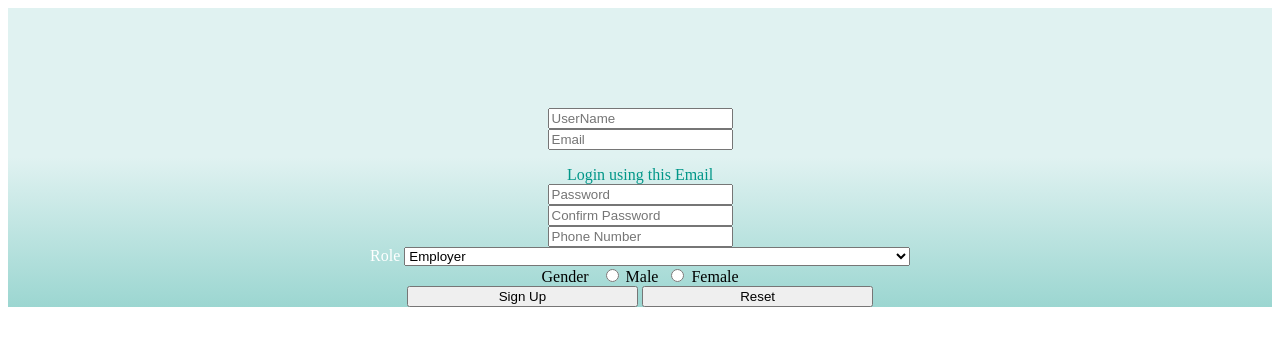
Repository: Indurupi/FriendZone
Page: FriendZoneFrontEnd/WebContent/signup.html
These files come from the project's save history. The page is drawn as it stood at one moment and after the next save; the edit follows.
The browser window is 1280 px wide. The pictures show the whole page.

Above is the page before, as saved 2017-03-22 08:40:24.

After the next save:
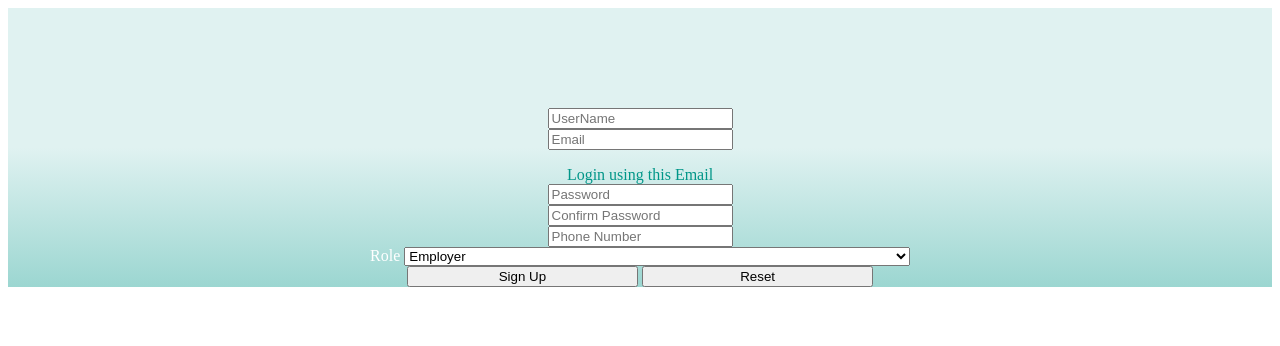
Saved 66 s later.
--- a/FriendZoneFrontEnd/WebContent/signup.html
+++ b/FriendZoneFrontEnd/WebContent/signup.html
@@ -80,14 +80,7 @@
 			<!--		aria-describedby="basic-addon1" /> -->
 			<!--</div> -->
 
-			<div class="input-group" style="color: #000000">
-
-				<label style="color: #000000">Gender &nbsp; </label> <input
-					style="color: #000000" type="radio" value="male" />&nbsp;Male&nbsp;
-				<input style="color: #000000" type="radio" value="female" />&nbsp;Female
-			</div>
-
-			<!-- 			<ul class="dropdown-menu" role="menu" aria-labelledby="dropdownMenu">
+			<!--<ul class="dropdown-menu" role="menu" aria-labelledby="dropdownMenu">
 				<li value="male" ng-model="home.user1.gender">Male</li>
 				<li value="female" ng-model="home.user1.gender">Female</li>
 
